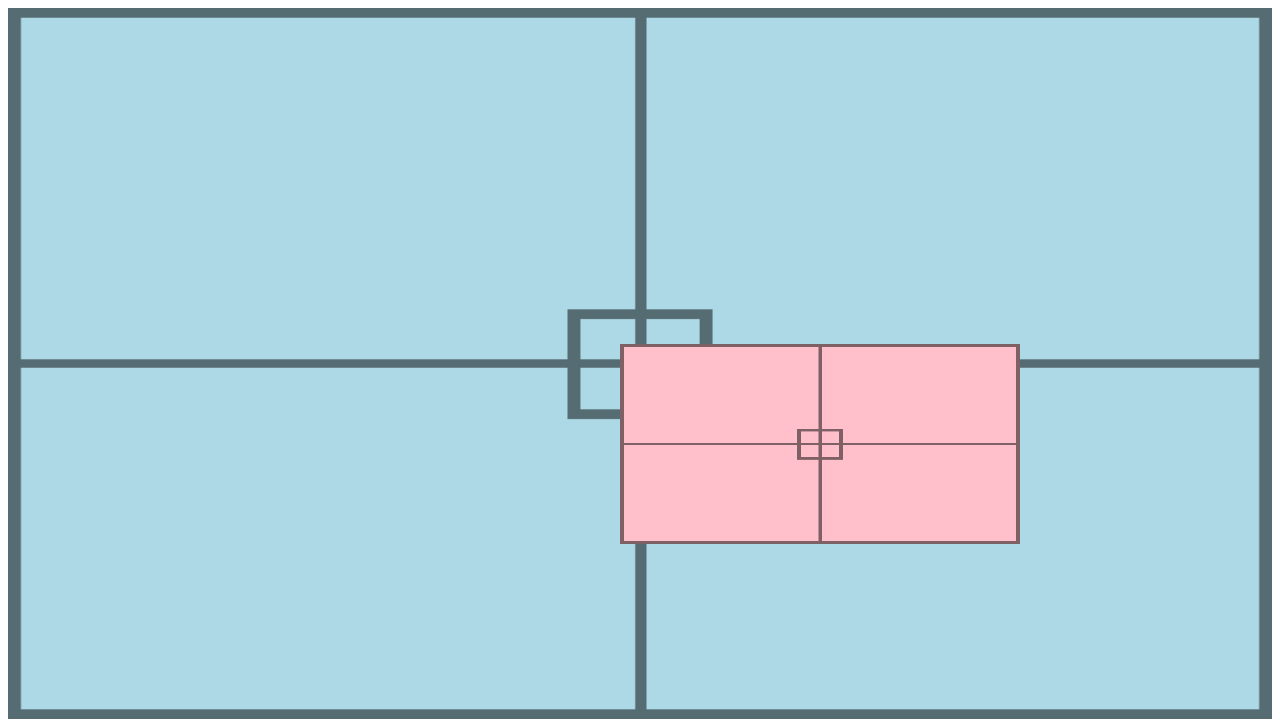
Repository: Codigo404q/html-css
Page: exercicios/ex022/fundo007.html
These files come from the project's save history. The page is drawn as it stood at one moment and after the next save; the edit follows.
The browser window is 1280 px wide. The pictures show the whole page.

Above is the page before, as saved 2024-01-06 21:48:13.

### exercicios/ex022/fundo007.html
<!DOCTYPE html>
<html lang="pt-br">
<head>
    <meta charset="UTF-8">
    <meta name="viewport" content="width=device-width, initial-scale=1.0">
    <title>Alinhamento Vertical</title>
    <style>
        #container {
            position: relative;
            height: 96vh;
            padding: 10px;
            background-color: lightblue;
            background-image: url(imagens/target001.png);
            background-size: 100% 100%;
        }

        #conteudo {
            background-image: url(imagens/target001.png);
            background-size: 100% 100%;
            position: absolute;
            height: 200px;
            width: 400px;
            background-color: pink;


            left: 50%;
            top: 50%;

            transform: translate(-20px, -20px);
        }
    </style>
</head>
<body>
    <section id="container">
        <article id="conteudo">

        </article>
    </section>
</body>
</html>

After the next save:
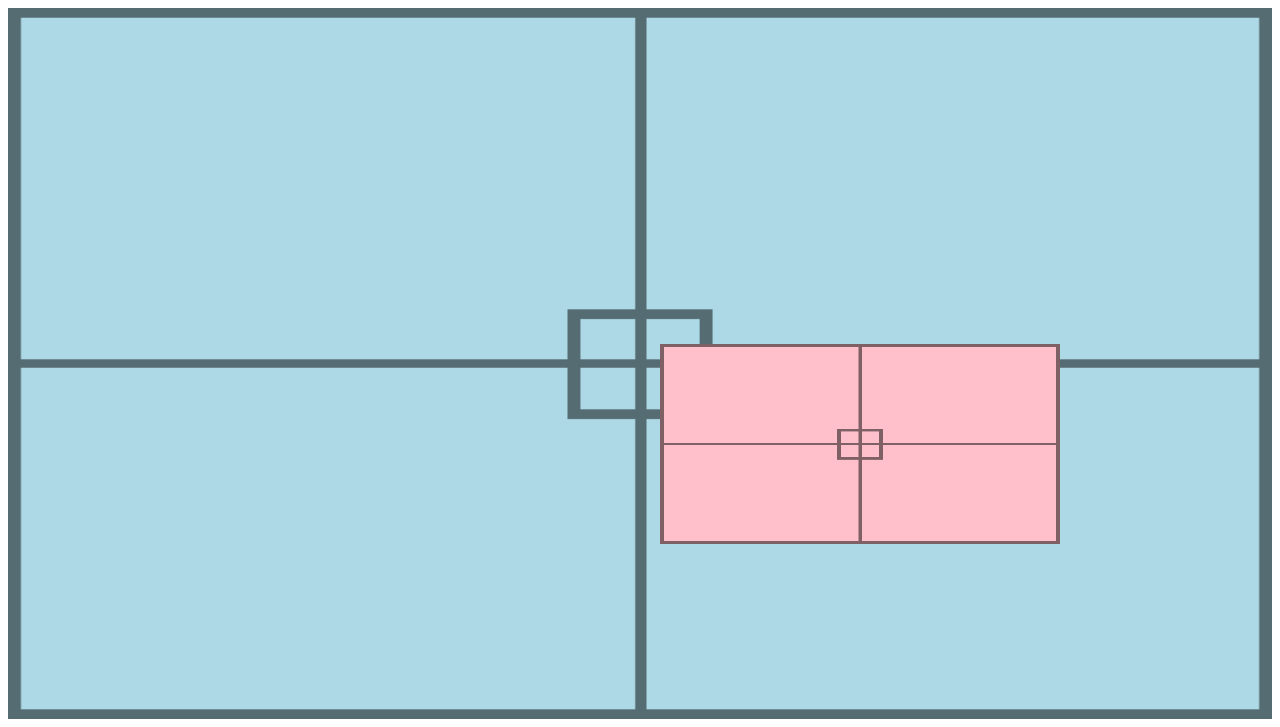
Saved 15 s later.
--- a/exercicios/ex022/fundo007.html
+++ b/exercicios/ex022/fundo007.html
@@ -26,7 +26,7 @@
             left: 50%;
             top: 50%;
 
-            transform: translate(-20px, -20px);
+            transform: translate(+20px, -20px);
         }
     </style>
 </head>
